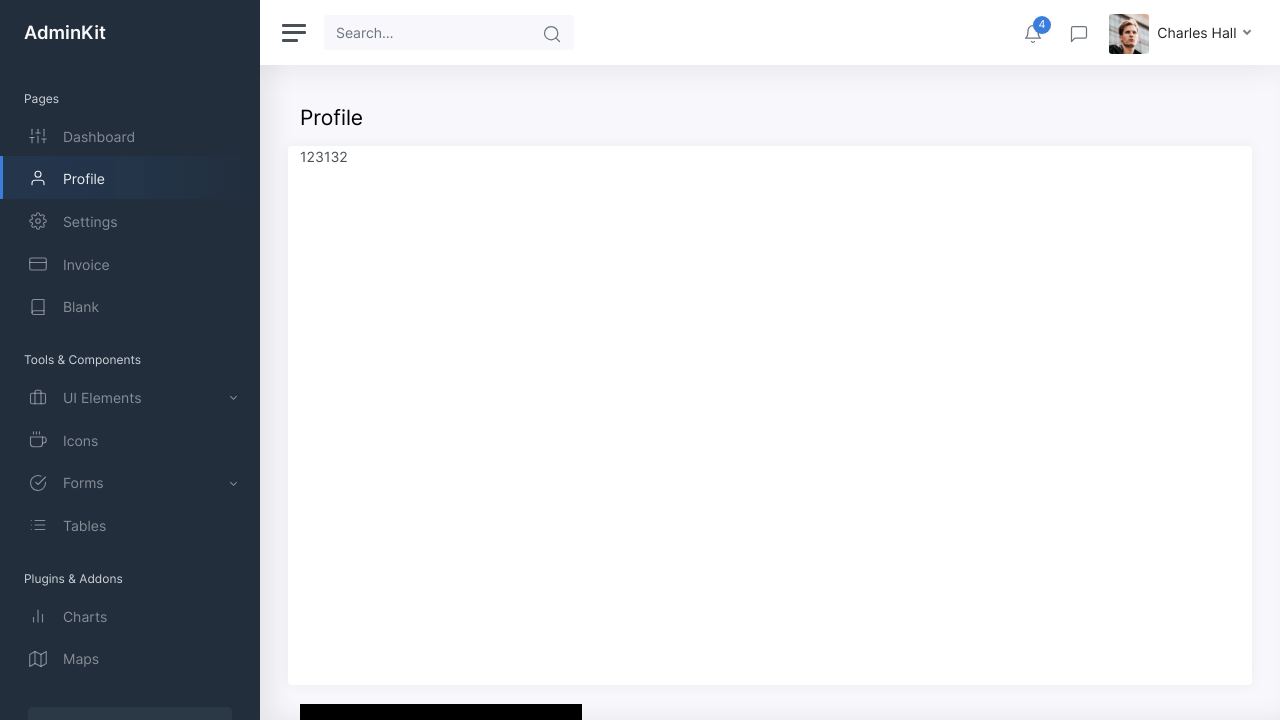
Repository: yuwei0922/WHURS-WGIS
Page: final_project/pages-profile.html
The author's editor kept a copy of each file at every save. The page is drawn from the files as they stood at one save, then again after the next save.
The browser window is 1280 px wide. The pictures show the whole page.

Above is the page before, as saved 2022-12-21 20:05:15.
Not found: final_project/js/vendor.js

### final_project/pages-profile.html
<!DOCTYPE html>
<html lang="en">

<head>
	<meta charset="utf-8">
	<meta http-equiv="X-UA-Compatible" content="IE=edge">
	<meta name="viewport" content="width=device-width, initial-scale=1, shrink-to-fit=no">
	<meta name="description" content="Responsive Web UI Kit &amp; Dashboard Template based on Bootstrap">
	<meta name="author" content="AdminKit">
	<meta name="keywords" content="adminkit, bootstrap, web ui kit, dashboard template, admin template">
	<link rel="shortcut icon" href="img/icons/icon-48x48.png" />
	<title>Profile</title>
	<link href="css/app.css" rel="stylesheet">
	<link rel="stylesheet" href="css/content.css">
</head>

<body>
	<div class="wrapper">
		<nav id="sidebar" class="sidebar">
			<div class="sidebar-content js-simplebar">
				<a class="sidebar-brand" href="index.html">
          <span class="align-middle">AdminKit</span>
        </a>

				<ul class="sidebar-nav">
					<li class="sidebar-header">
						Pages
					</li>

					<li class="sidebar-item">
						<a class="sidebar-link" href="index.html">
              <i class="align-middle" data-feather="sliders"></i> <span class="align-middle">Dashboard</span>
            </a>
					</li>

					<li class="sidebar-item active">
						<a class="sidebar-link" href="pages-profile.html">
              <i class="align-middle" data-feather="user"></i> <span class="align-middle">Profile</span>
            </a>
					</li>

					<li class="sidebar-item">
						<a class="sidebar-link" href="pages-settings.html">
              <i class="align-middle" data-feather="settings"></i> <span class="align-middle">Settings</span>
            </a>
					</li>

					<li class="sidebar-item">
						<a class="sidebar-link" href="pages-invoice.html">
              <i class="align-middle" data-feather="credit-card"></i> <span class="align-middle">Invoice</span>
            </a>
					</li>

					<li class="sidebar-item">
						<a class="sidebar-link" href="pages-blank.html">
              <i class="align-middle" data-feather="book"></i> <span class="align-middle">Blank</span>
            </a>
					</li>

					<li class="sidebar-header">
						Tools & Components
					</li>
					<li class="sidebar-item">
						<a href="#ui" data-toggle="collapse" class="sidebar-link collapsed">
              <i class="align-middle" data-feather="briefcase"></i> <span class="align-middle">UI Elements</span>
            </a>
						<ul id="ui" class="sidebar-dropdown list-unstyled collapse " data-parent="#sidebar">
							<li class="sidebar-item"><a class="sidebar-link" href="ui-alerts.html">Alerts</a></li>
							<li class="sidebar-item"><a class="sidebar-link" href="ui-buttons.html">Buttons</a></li>
							<li class="sidebar-item"><a class="sidebar-link" href="ui-cards.html">Cards</a></li>
							<li class="sidebar-item"><a class="sidebar-link" href="ui-general.html">General</a></li>
							<li class="sidebar-item"><a class="sidebar-link" href="ui-grid.html">Grid</a></li>
							<li class="sidebar-item"><a class="sidebar-link" href="ui-modals.html">Modals</a></li>
							<li class="sidebar-item"><a class="sidebar-link" href="ui-typography.html">Typography</a></li>
						</ul>
					</li>

					<li class="sidebar-item">
						<a class="sidebar-link" href="icons-feather.html">
              <i class="align-middle" data-feather="coffee"></i> <span class="align-middle">Icons</span>
            </a>
					</li>

					<li class="sidebar-item">
						<a href="#forms" data-toggle="collapse" class="sidebar-link collapsed">
              <i class="align-middle" data-feather="check-circle"></i> <span class="align-middle">Forms</span>
            </a>
						<ul id="forms" class="sidebar-dropdown list-unstyled collapse " data-parent="#sidebar">
							<li class="sidebar-item"><a class="sidebar-link" href="forms-layouts.html">Form Layouts</a></li>
							<li class="sidebar-item"><a class="sidebar-link" href="forms-basic-inputs.html">Basic Inputs</a></li>
						</ul>
					</li>

					<li class="sidebar-item">
						<a class="sidebar-link" href="tables-bootstrap.html">
              <i class="align-middle" data-feather="list"></i> <span class="align-middle">Tables</span>
            </a>
					</li>

					<li class="sidebar-header">
						Plugins & Addons
					</li>

					<li class="sidebar-item">
						<a class="sidebar-link" href="charts-chartjs.html">
              <i class="align-middle" data-feather="bar-chart-2"></i> <span class="align-middle">Charts</span>
            </a>
					</li>

					<li class="sidebar-item">
						<a class="sidebar-link" href="maps-google.html">
              <i class="align-middle" data-feather="map"></i> <span class="align-middle">Maps</span>
            </a>
					</li>
				</ul>

				<div class="sidebar-cta">
					<div class="sidebar-cta-content">
						<strong class="d-inline-block mb-2">Upgrade to Pro</strong>
						<div class="mb-3 text-sm">
							Are you looking for more components?
						</div>
						<a href="#" target="_blank" class="btn btn-outline-primary btn-block">Upgrade</a>
					</div>
				</div>
			</div>
		</nav>

		<div class="main">
			<nav class="navbar navbar-expand navbar-light navbar-bg">
				<a class="sidebar-toggle d-flex">
          <i class="hamburger align-self-center"></i>
        </a>

				<form class="form-inline d-none d-sm-inline-block">
					<div class="input-group input-group-navbar">
						<input type="text" class="form-control" placeholder="Search…" aria-label="Search">
						<div class="input-group-append">
							<button class="btn" type="button">
                <i class="align-middle" data-feather="search"></i>
              </button>
						</div>
					</div>
				</form>

				<div class="navbar-collapse collapse">
					<ul class="navbar-nav navbar-align">
						<li class="nav-item dropdown">
							<a class="nav-icon dropdown-toggle" href="#" id="alertsDropdown" data-toggle="dropdown">
								<div class="position-relative">
									<i class="align-middle" data-feather="bell"></i>
									<span class="indicator">4</span>
								</div>
							</a>
							<div class="dropdown-menu dropdown-menu-lg dropdown-menu-right py-0" aria-labelledby="alertsDropdown">
								<div class="dropdown-menu-header">
									4 New Notifications
								</div>
								<div class="list-group">
									<a href="#" class="list-group-item">
										<div class="row no-gutters align-items-center">
											<div class="col-2">
												<i class="text-danger" data-feather="alert-circle"></i>
											</div>
											<div class="col-10">
												<div class="text-dark">Update completed</div>
												<div class="text-muted small mt-1">Restart server 12 to complete the update.</div>
												<div class="text-muted small mt-1">30m ago</div>
											</div>
										</div>
									</a>
									<a href="#" class="list-group-item">
										<div class="row no-gutters align-items-center">
											<div class="col-2">
												<i class="text-warning" data-feather="bell"></i>
											</div>
											<div class="col-10">
												<div class="text-dark">Lorem ipsum</div>
												<div class="text-muted small mt-1">Aliquam ex eros, imperdiet vulputate hendrerit et.</div>
												<div class="text-muted small mt-1">2h ago</div>
											</div>
										</div>
									</a>
									<a href="#" class="list-group-item">
										<div class="row no-gutters align-items-center">
											<div class="col-2">
												<i class="text-primary" data-feather="home"></i>
											</div>
											<div class="col-10">
												<div class="text-dark">Login from 192.186.1.8</div>
												<div class="text-muted small mt-1">5h ago</div>
											</div>
										</div>
									</a>
									<a href="#" class="list-group-item">
										<div class="row no-gutters align-items-center">
											<div class="col-2">
												<i class="text-success" data-feather="user-plus"></i>
											</div>
											<div class="col-10">
												<div class="text-dark">New connection</div>
												<div class="text-muted small mt-1">Christina accepted your request.</div>
												<div class="text-muted small mt-1">14h ago</div>
											</div>
										</div>
									</a>
								</div>
								<div class="dropdown-menu-footer">
									<a href="#" class="text-muted">Show all notifications</a>
								</div>
							</div>
						</li>
						<li class="nav-item dropdown">
							<a class="nav-icon dropdown-toggle" href="#" id="messagesDropdown" data-toggle="dropdown">
								<div class="position-relative">
									<i class="align-middle" data-feather="message-square"></i>
								</div>
							</a>
							<div class="dropdown-menu dropdown-menu-lg dropdown-menu-right py-0" aria-labelledby="messagesDropdown">
								<div class="dropdown-menu-header">
									<div class="position-relative">
										4 New Messages
									</div>
								</div>
								<div class="list-group">
									<a href="#" class="list-group-item">
										<div class="row no-gutters align-items-center">
											<div class="col-2">
												<img src="img/avatars/avatar-5.jpg" class="avatar img-fluid rounded-circle" alt="Vanessa Tucker">
											</div>
											<div class="col-10 pl-2">
												<div class="text-dark">Vanessa Tucker</div>
												<div class="text-muted small mt-1">Nam pretium turpis et arcu. Duis arcu tortor.</div>
												<div class="text-muted small mt-1">15m ago</div>
											</div>
										</div>
									</a>
									<a href="#" class="list-group-item">
										<div class="row no-gutters align-items-center">
											<div class="col-2">
												<img src="img/avatars/avatar-2.jpg" class="avatar img-fluid rounded-circle" alt="William Harris">
											</div>
											<div class="col-10 pl-2">
												<div class="text-dark">William Harris</div>
												<div class="text-muted small mt-1">Curabitur ligula sapien euismod vitae.</div>
												<div class="text-muted small mt-1">2h ago</div>
											</div>
										</div>
									</a>
									<a href="#" class="list-group-item">
										<div class="row no-gutters align-items-center">
											<div class="col-2">
												<img src="img/avatars/avatar-4.jpg" class="avatar img-fluid rounded-circle" alt="Christina Mason">
											</div>
											<div class="col-10 pl-2">
												<div class="text-dark">Christina Mason</div>
												<div class="text-muted small mt-1">Pellentesque auctor neque nec urna.</div>
												<div class="text-muted small mt-1">4h ago</div>
											</div>
										</div>
									</a>
									<a href="#" class="list-group-item">
										<div class="row no-gutters align-items-center">
											<div class="col-2">
												<img src="img/avatars/avatar-3.jpg" class="avatar img-fluid rounded-circle" alt="Sharon Lessman">
											</div>
											<div class="col-10 pl-2">
												<div class="text-dark">Sharon Lessman</div>
												<div class="text-muted small mt-1">Aenean tellus metus, bibendum sed, posuere ac, mattis non.</div>
												<div class="text-muted small mt-1">5h ago</div>
											</div>
										</div>
									</a>
								</div>
								<div class="dropdown-menu-footer">
									<a href="#" class="text-muted">Show all messages</a>
								</div>
							</div>
						</li>
						<li class="nav-item dropdown">
							<a class="nav-icon dropdown-toggle d-inline-block d-sm-none" href="#" data-toggle="dropdown">
                <i class="align-middle" data-feather="settings"></i>
              </a>

							<a class="nav-link dropdown-toggle d-none d-sm-inline-block" href="#" data-toggle="dropdown">
                <img src="img/avatars/avatar.jpg" class="avatar img-fluid rounded mr-1" alt="Charles Hall" /> <span class="text-dark">Charles Hall</span>
              </a>
							<div class="dropdown-menu dropdown-menu-right">
								<a class="dropdown-item" href="pages-profile.html"><i class="align-middle mr-1" data-feather="user"></i> Profile</a>
								<a class="dropdown-item" href="#"><i class="align-middle mr-1" data-feather="pie-chart"></i> Analytics</a>
								<div class="dropdown-divider"></div>
								<a class="dropdown-item" href="pages-settings.html"><i class="align-middle mr-1" data-feather="settings"></i> Settings & Privacy</a>
								<a class="dropdown-item" href="#"><i class="align-middle mr-1" data-feather="help-circle"></i> Help Center</a>
								<div class="dropdown-divider"></div>
								<a class="dropdown-item" href="#">Log out</a>
							</div>
						</li>
					</ul>
				</div>
			</nav>

			<main class="content">
				<div class="container-fluid p-0 map-background">

					<h1 class="h3 mb-3">Profile</h1>

					<div class="row map-background">
						<div class="card col-12 mapcontent">123132</div>
					</div>

				</div>
				<div class="select-contronller">

				</div>
			</main>


	</div>

	<script src="js/vendor.js"></script>
	<script src="js/app.js"></script>

</body>

</html>

### final_project/css/content.css
.map-background{
    height:100%;
}

.mapcontent{
    height: 90%;
}

.select-contronller{
    display: right;
    height: 40%;
    background-color: black;
    width: 30%;
}

Loaded but not shown: final_project/css/app.css (library); final_project/js/app.js (library)

After the next save:
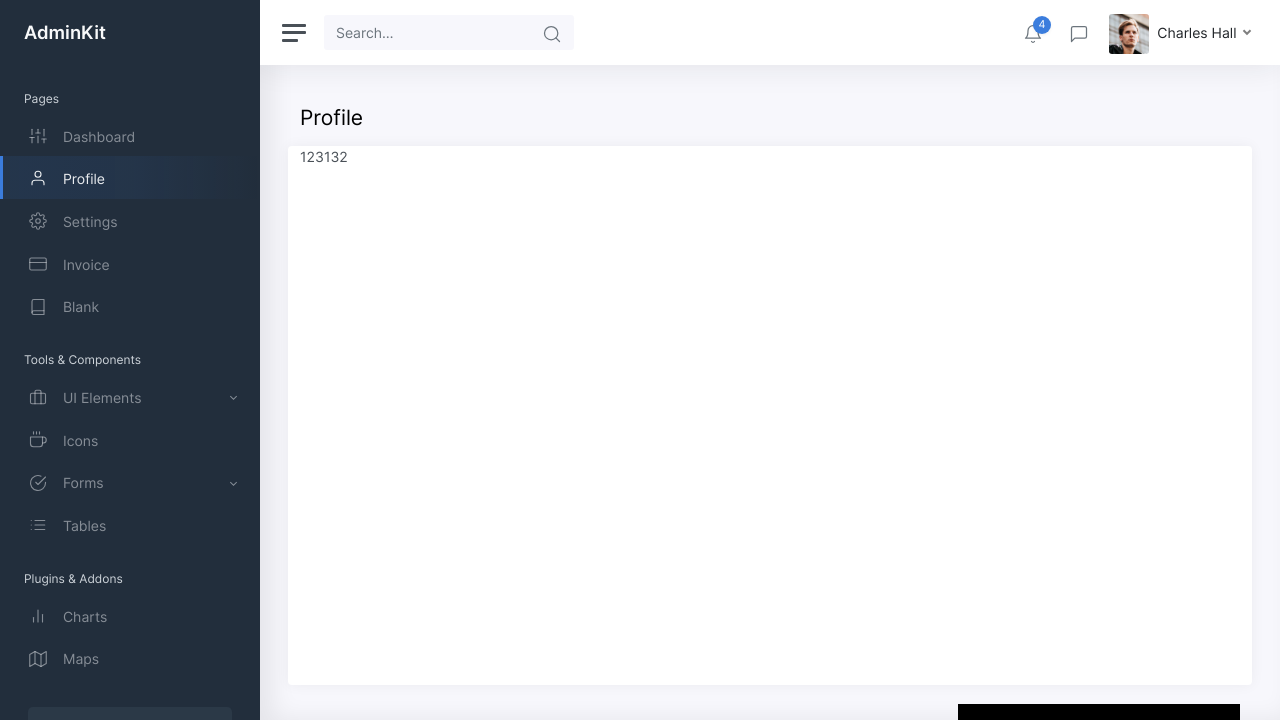
Saved 2 min 26 s later.
--- a/final_project/css/content.css
+++ b/final_project/css/content.css
@@ -7,7 +7,8 @@
 }
 
 .select-contronller{
-    display: right;
+    display: flex;
+    float: right;
     height: 40%;
     background-color: black;
     width: 30%;
